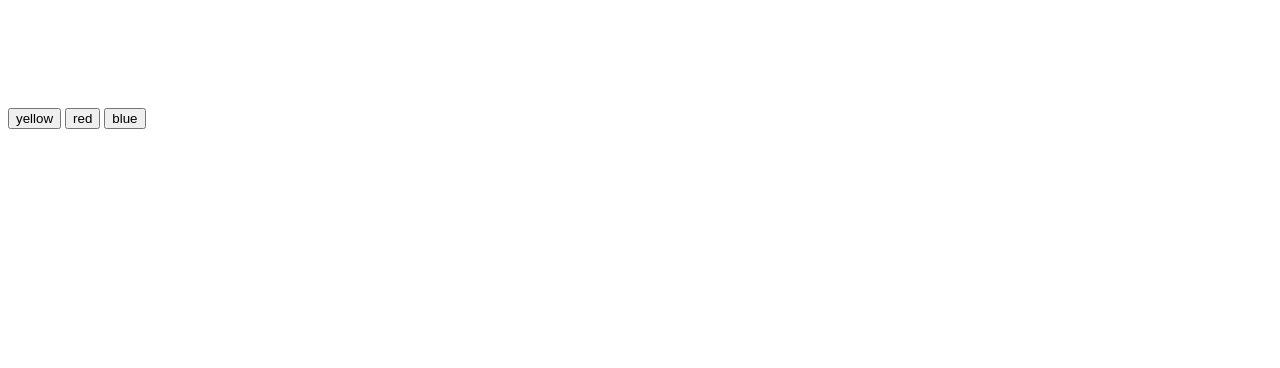
Repository: mjh1583/Hustar03_eGov
Page: http://localhost/JavaScript/js007.jsp
An editor plug-in stored every save of this project. The page is shown before and after the next save, followed by the edit.
The browser window is 1280 px wide. The pictures show the whole page.
After loading, the first visible `input.btn` was clicked once.
The page is served by Tomcat 9.

Above is the page before, as saved 2021-05-06 07:40:55.
Console error: ReferenceError: fn_change is not defined

After the next save:
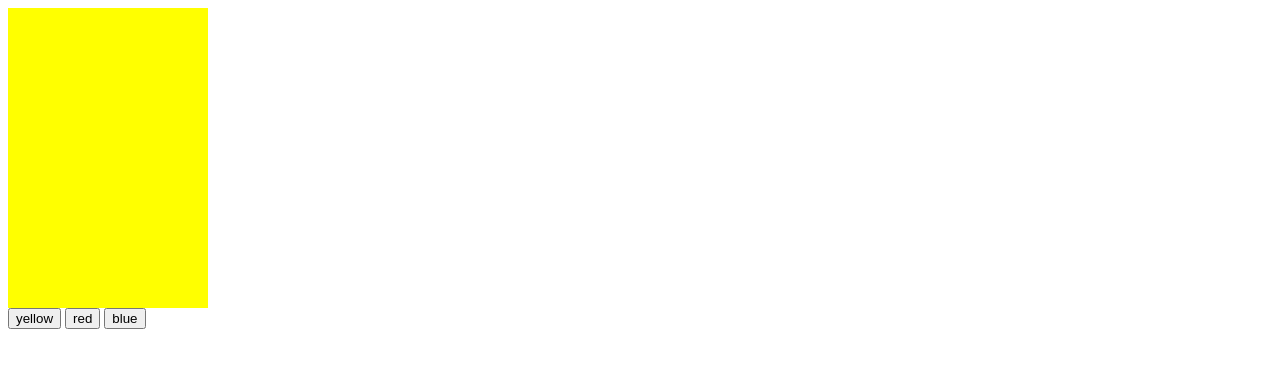
The error is gone.
Saved 2 min 27 s later.
--- a/workspace/JavaScript/src/main/webapp/js007.jsp
+++ b/workspace/JavaScript/src/main/webapp/js007.jsp
@@ -10,13 +10,17 @@
 	<div style="width: 100px; height: 100px;" id="contentsArea">
 
 	</div>
-	<input type="button" class="btn" value="yellow" w="200px" h="300px" onclick="fn_change($(this));"/>
-	<input type="button" class="btn" value="red" w="150px" h="200px" onclick="fn_change($(this));"/>
-	<input type="button" class="btn" value="blue" w="500px" h="1000px" onclick="fn_change($(this));"/>
+	<input type="button" class="btn" value="yellow" w="200px" h="300px"/>
+	<input type="button" class="btn" value="red" w="150px" h="200px"/>
+	<input type="button" class="btn" value="blue" w="500px" h="1000px"/>
 
 	<script src="https://code.jquery.com/jquery-3.6.0.js"></script>
 	<script type="text/javascript">
-
+		$('.btn').bind('click', function() {
+			$('#contentsArea').css('background-color', $(this).val());
+			$('#contentsArea').css('width', $(this).attr('w'));
+			$('#contentsArea').css('height', $(this).attr('h'));
+		});
 	</script>
 </body>
 </html>
